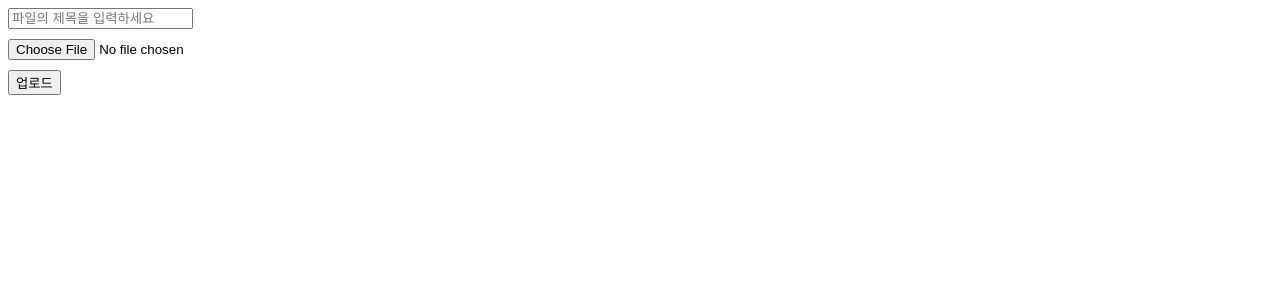
Repository: gudbrwkd98/JavaEE-JSP
Page: BoardApp/WebContent/gallery/send.html
The author's editor kept a copy of each file at every save. The page is drawn from the files as they stood at one save, then again after the next save.
The browser window is 1280 px wide. The pictures show the whole page.

Above is the page before, as saved 2020-12-04 02:51:31.

After the next save:
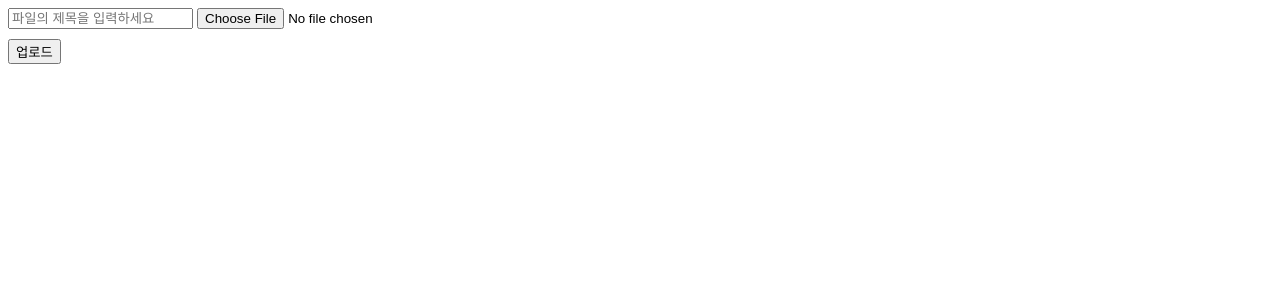
Saved 37 s later.
--- a/BoardApp/WebContent/gallery/send.html
+++ b/BoardApp/WebContent/gallery/send.html
@@ -4,28 +4,27 @@
 <meta charset="utf-8">
 <title>Insert title here</title>
 <style type="text/css">
-*{margin-bottom:10px;}
+*{margin-bottom: 10px;}
 </style>
 <script type="text/javascript">
-function send(){
-	//서버에 제목 및 파일을 전송하자!
-	//서버에 전송한다는 것은, 클라이언트로서, 요청한다는 뜻이고
-	//흔히 쓰는 요청방법은 2가지가 잇따..(물론 여러종류가 더 있음)
-	//업로드시 Post, Get 중 어떤 방법을 써야하는가?
-	//데이터량이 많기 때문에 post 로 전송해야 한다.
-	//post로 전송하려면 입력양식의 범위를 설정하는 태그인 .form태그
-	//가 필요하다
-	form1.action="/gallery/upload.jsp";
-	form1.method="post"; //바이너리 파일을 포함될 경우 반드시  post로 ...
-	form1.submit();//전송(요청)
+function send() {
+	//서버에 제목및 파일을 전송하자
+	//서버에 전송한다는 것은 클라이언트로서 요청한다는 뜻이고
+	//흔히 쓰는 요청방법은 2가지
+	//업로드시 post get 중 어느것?
+	//데이터 량이많아서 post 로
+	//post 이용시 form 태그로 감싸줘야 정보전송가능
+	form1.action = "/gallery/upload.jsp";
+	form1.method = "ㅖㅒㄴ"; //바이너리 파일 포함됧 경우 반드시 post 로 전송방식 설정
+	form1.submit(); //전송(요청)
 }
 </script>
 </head>
 <body>
-	<form name="form1" enctype="multipart/form-data">
-		<input type="text" name="msg" placeholder="파일의 제목을 입력하세요"><br>
-		<input type="file" name="photo"><br>
-		<button onClick="send()">업로드</button>
-	</form>
+  <form action="form1" enctype = "multipart/form-data" >
+	<input type="text" name="msg" placeholder="파일의 제목을 입력하세요" >
+	<input type="file"><br>
+	<button onClick="send()">업로드</button>
+  </form>
 </body>
 </html>

After the 2 saves that followed:
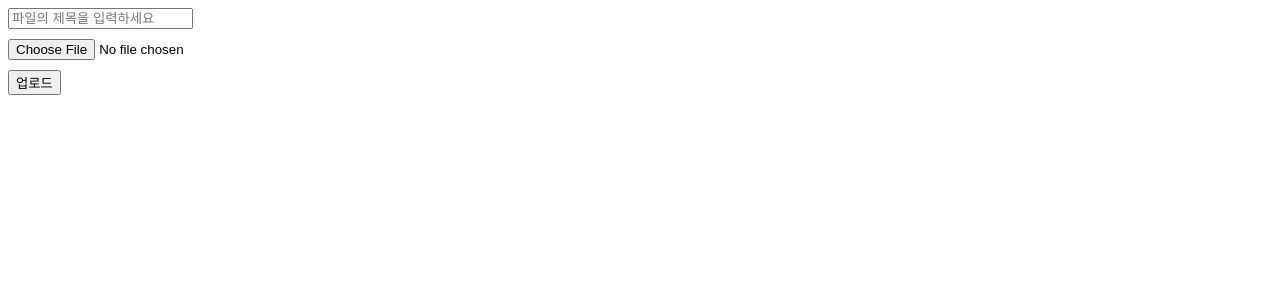
The 2 saves are shown as one change because 1 left the picture as it was.
The last was saved 40 s later.
--- a/BoardApp/WebContent/gallery/send.html
+++ b/BoardApp/WebContent/gallery/send.html
@@ -15,16 +15,16 @@
 	//데이터 량이많아서 post 로
 	//post 이용시 form 태그로 감싸줘야 정보전송가능
 	form1.action = "/gallery/upload.jsp";
-	form1.method = "ㅖㅒㄴ"; //바이너리 파일 포함됧 경우 반드시 post 로 전송방식 설정
+	form1.method = "post"; //바이너리 파일 포함됧 경우 반드시 post 로 전송방식 설정
 	form1.submit(); //전송(요청)
 }
 </script>
 </head>
 <body>
-  <form action="form1" enctype = "multipart/form-data" >
-	<input type="text" name="msg" placeholder="파일의 제목을 입력하세요" >
-	<input type="file"><br>
-	<button onClick="send()">업로드</button>
-  </form>
+	<form name="form1" enctype="multipart/form-data">
+		<input type="text" name="msg" placeholder="파일의 제목을 입력하세요"><br>
+		<input type="file" name="photo"><br>
+		<button onClick="send()">업로드</button>
+	</form>
 </body>
 </html>
